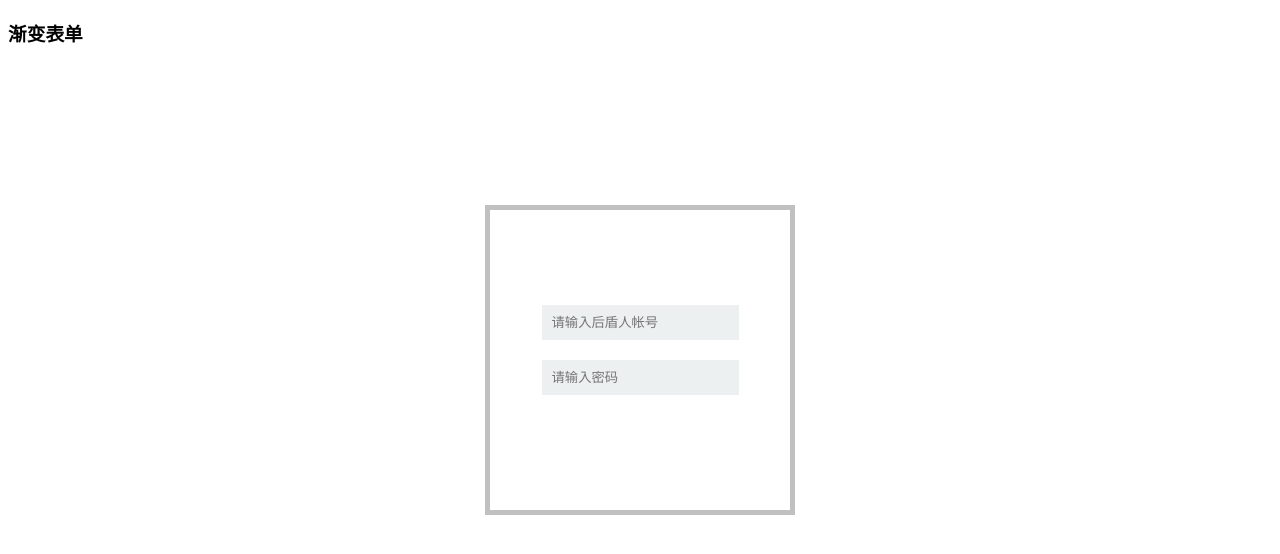
Repository: Aissd/animateDemo
Page: translate02.html
An editor plug-in stored every save of this project. The page is shown before and after the next save, followed by the edit.
The browser window is 1280 px wide. The pictures show the whole page.
The style sheet was rebuilt from its Sass, Less or Tailwind sources for each picture, by a compiler version that may differ from the author's.

Above is the page before, as saved 2020-05-12 09:19:16.

### translate02.html
<!DOCTYPE html>
<html lang="en">
<head>
    <meta charset="UTF-8">
    <meta name="viewport" content="width=device-width, initial-scale=1.0">
    <title>Document</title>
    <link rel="stylesheet" href="./css/translate02.css" />
</head>
<body>
    <div class="container">
        <section class="demo-section">
            <h3>渐变表单</h3>
            <main class="demo12">
                <div class="field">
                    <input type="text" placeholder="请输入后盾人帐号">
                </div>
                <div class="field">
                    <input type="text" placeholder="请输入密码">
                </div>
            </main>
        </section>
    </div>
</body>
</html>

### scss/translate02.scss
.demo12 {
    position: absolute;
    left: 50%;
    top: 50%;
    transform: translate(-50%, -50%);
    width: 300px;
    height: 300px;
    border: solid 5px silver;
    display: flex;
    flex-direction: column;
    justify-content: center;
    align-items: center;
    .field {
        position: relative;
        overflow: hidden;
        margin-bottom: 20px;
        &::before {
            content: '';
            position: absolute;
            left: 0;
            height: 2px;
            bottom: 0;
            width: 100%;
            background: linear-gradient(to right, white, #1abc9c, #f1c40f, #e74c3c, white);
            transform: translateX(-100%);
            transition: 2s;
        }
        &:hover::before {
            transform: translateX(100%);
        }
        & input {
            border: none;
            outline: none;
            background: #ecf0f1;
            padding: 10px;
        }
    }
}

After the next save:
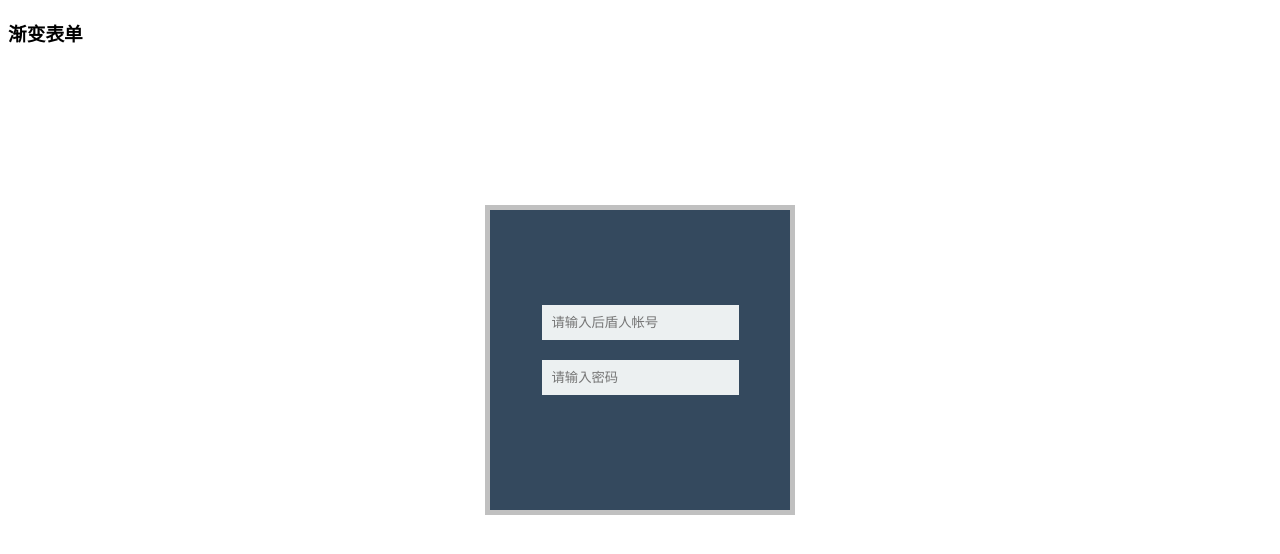
Saved 3 s later.
--- a/scss/translate02.scss
+++ b/scss/translate02.scss
@@ -10,6 +10,7 @@
     flex-direction: column;
     justify-content: center;
     align-items: center;
+    background: #34495e;
     .field {
         position: relative;
         overflow: hidden;
